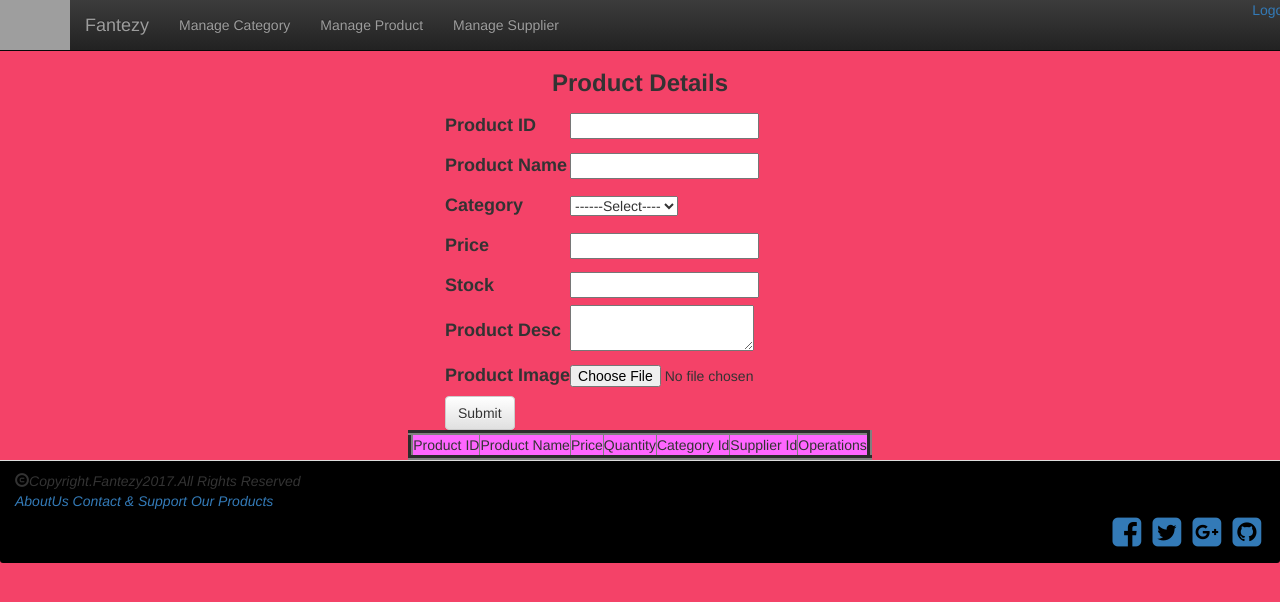
Repository: Safna93/eCommerce-project
Page: http://localhost/FantezyFrontendProject/WEB-INF/views/Product.jsp
An editor plug-in stored every save of this project. The page is shown before and after the next save, followed by the edit.
The browser window is 1280 px wide. The pictures show the whole page.
Pictures or frames that could not be fetched are drawn as grey boxes. Some web libraries are served in a nearby version. The page is served by Tomcat 9. Nobody is signed in. Other server files are loaded and not shown. The template is opened directly, without the code that normally fills it, so the values that code supplies are empty.

Above is the page before, as saved 2017-07-12 16:27:32.

### Fantezy Project 1/Fantezy/FantezyFrontendProject/src/main/webapp/WEB-INF/views/Product.jsp
<%@ page language="java" contentType="text/html"%>
<%@ taglib uri="http://java.sun.com/jsp/jstl/core" prefix="c"%>
<%@taglib prefix="form" uri="http://www.springframework.org/tags/form"%>

<%@include file="AdminHeader.jsp"%>

<form:form method="POST" action="InsertProduct" modelAttribute="product" enctype="Multipart/form-data">
<table align="center">
			<tr>
				<td colspan="2"><center><h3><b>Product Details</b></h3></center></td>
			</tr>
			<tr>
				<td><h4><b>Product ID</b></h4></td>
				<td><form:input path="prodid" /></td>
			</tr>
			<tr>
				<td><h4><b>Product Name</b></h4></td>
				<td><form:input path="prodname" /></td>
			</tr>

			<tr>
				<td><h4><b>Category</b></h4></td>
				<td><form:select path="catid">
						<form:option value="0" label="------Select----" />
						<form:options items="${catlist}" />
					</form:select>
				</td>
			</tr>


			<tr>
				<td><h4><b>Price</b></h4></td>
				<td><form:input path="price" /></td>
			</tr>
			<tr>
				<td><h4><b>Stock</b></h4></td>
				<td><form:input path="quantity" /></td>
			</tr>
			<tr>
				<td><h4><b>Product Desc</b></h4></td>
				<td><form:textarea path="proddesc" /></td>
			</tr>
			<tr>
				<td><h4><b>Product Image</b></h4></td>
				<td><form:input type="file" path="pimage" /></td>
			</tr>

			<tr>
			<td colspan="2"><input type="submit" class="btn btn-default"/></td>

			</tr>
</table>
</form:form>

<!-- Displaying the Product data using Table -->
<table cellspacing="2" align="center" border="5">

	<tr bgcolor="#ff66ff">
		<td>Product ID</td>
		<td>Product Name</td>
		<td>Price</td>
		<td>Quantity</td>
		<td>Category Id</td>
		<td>Supplier Id</td>
		<td>Operations</td>
	</tr>
	<c:forEach items="${prodlist}" var="product">
		<tr bgcolor="#00ff99">
			<td>${product.prodid}</td>
			<td>${product.prodname}</td>
			<td>${product.price}</td>
			<td>${product.quantity}</td>
			<td>${product.catid}</td>
			<td>${product.suppid}</td>
			<td><a href="<c:url value="deleteProduct/${product.prodid}"/>">Delete</a>
				<a href="<c:url value="updateProduct/${product.prodid}"/>">Update</a>
			</td>
		</tr>
	</c:forEach>
</table>
<!-- Completed Displaying Table -->
<%@include file="Footer.jsp" %>
</body>
</html>

### Fantezy Project 1/Fantezy/FantezyFrontendProject/src/main/webapp/WEB-INF/views/AdminHeader.jsp
<!DOCTYPE html>
<html lang="en">
<head>
<title>Fatntezy-The Girlz Corner</title>
<meta charset="utf-8">
<meta name="viewport" content="width=device-width, initial-scale=1">
<%@ taglib uri="http://java.sun.com/jsp/jstl/core" prefix="c"%>
<link rel="stylesheet"
	href="https://maxcdn.bootstrapcdn.com/bootstrap/3.3.7/css/bootstrap.min.css">
<link href="<c:url value="/resources/css/Head.css" />" rel="stylesheet">
<script
	src="https://ajax.googleapis.com/ajax/libs/jquery/3.2.1/jquery.min.js"></script>
<script
	src="https://maxcdn.bootstrapcdn.com/bootstrap/3.3.7/js/bootstrap.min.js"></script>
</head>
<body>

<body style="background-color: #f44268">


	<div class="header">
		<div class="container">
			<header style="height: 50px;"></header>
			<!------------- Navbar -------------->
			<nav class="my-nav navbar navbar-inverse bs-dark navbar-fixed-top">
				<div class="navbar-header"></div>

				<div class="collapse navbar-collapse"
					id="bs-example-navbar-collapse-1">
					<ul class="nav navbar-nav">
						<div class="navbar-header">
							<a href="ioo" class="pull-left"><img
								src="http://cdn.wallpapersafari.com/62/23/dgHULI.jpg" width="70"
								height="50"></a>
							<div class="navbar-brand">Fantezy</div>


						</div>





						<li><a href="Category">Manage Category</a></li>
						<li><a href="Product">Manage Product</a></li>
						<li><a href="Supplier">Manage Supplier</li>

					</ul>
					<ul>
						<div class="nav navbar-nav navbar-right">
							<a href="#">${sessionScope.username}</a> <a href="logout">Logout</a>
							</a>
						</div>
					</ul>
				</div>







				</li>
				</ul>
		</div>
		</nav>
	</div>

	<!----------- !Navbar End ------------>


	</div>

### Fantezy Project 1/Fantezy/FantezyFrontendProject/src/main/webapp/WEB-INF/views/Footer.jsp


<html lang="en">
<head>
<title>Fantezy</title>
  <meta charset="utf-8">
  <meta name="viewport" content="width=device-width, initial-scale=1"><!-- Latest compiled and minified CSS -->
<link rel="stylesheet" href="https://maxcdn.bootstrapcdn.com/bootstrap/3.3.4/css/bootstrap.min.css">
<link rel="stylesheet" href="https://cdnjs.cloudflare.com/ajax/libs/font-awesome/4.6.3/css/font-awesome.min.css">
<!-- Optional theme -->
<link rel="stylesheet" href="https://maxcdn.bootstrapcdn.com/bootstrap/3.3.4/css/bootstrap-theme.min.css">
 <!-- jQuery (necessary for Bootstrap's JavaScript plugins) -->
    <script src="https://ajax.googleapis.com/ajax/libs/jquery/1.11.2/jquery.min.js"></script>
<!-- Latest compiled and minified JavaScript -->
<script src="https://maxcdn.bootstrapcdn.com/bootstrap/3.3.4/js/bootstrap.min.js"></script>
  <style>
.panel-footer{
	background-color: black;
	font-style: oblique;
}
body{
	background-color: white;
	font:oblique;
	size:18;
}
.social:hover {
     -webkit-transform: scale(1.1);
     -moz-transform: scale(1.1);
     -o-transform: scale(1.1);
 }
 .social {
     -webkit-transform: scale(0.8);
     /* Browser Variations: */

     -moz-transform: scale(0.8);
     -o-transform: scale(0.8);
     -webkit-transition-duration: 0.5s;
     -moz-transition-duration: 0.5s;
     -o-transition-duration: 0.5s;
 }
/*
    Multicoloured Hover Variations
*/

 #social-fb:hover {
     color: #3B5998;
 }
 #social-tw:hover {
     color: #4099FF;
 }
 #social-gp:hover {
     color: #d34836;
 }
 #social-gh:hover {
     color: black;
 }
</style>
</head>
<body>
<div class="panel-footer">

  <span class="glyphicon glyphicon-copyright-mark"></span>Copyright.Fantezy2017.All Rights Reserved
<div class="text-left left-block">
<a href="AboutUs">AboutUs</a></li>

<a href="ContactUs">Contact & Support</a>
<a href="displayProducts">Our Products</a>





<div class="text-right right-block">

                <a href="https://www.facebook.com"><i id="social-fb" class="fa fa-facebook-square fa-3x social"></i></a>
	            <a href="https://twitter.com"><i id="social-tw" class="fa fa-twitter-square fa-3x social"></i></a>
	            <a href="https://plus.google.com"><i id="social-gp" class="fa fa-google-plus-square fa-3x social"></i></a>
	            <a href="https://github.com"><i id="social-gh" class="fa fa-github-square fa-3x social"></i></a>
</div>

</div>


</body>
</html>

### Fantezy Project 1/Fantezy/FantezyFrontendProject/src/main/webapp/resources/css/Head.css


.bs-dark.navbar-inverse {
  background-color: #222;
  border-color: #080808;
}
.bs-dark .navbar-img {padding:5px 6px !important;}
.bs-dark .navbar-img img {width:40px;}
.bs-dark .dropdown-menu {
  min-width: 200px;
  padding: 5px 0;
  margin: 2px 0 0;
  background-color: #000;
  border: 1px solid rgba(0, 0, 0, 0.7);
  border: 1px solid rgba(0, 0, 0, .15);
  -webkit-box-shadow: 0 6px 12px rgba(0, 0, 0, .175);
          box-shadow: 0 6px 12px rgba(0, 0, 0, .175);
}

.bs-dark .dropdown-menu .divider {
  border: 1px solid rgba(0, 0, 0, 0.8);
}
.bs-dark .dropdown-menu > li > a {
  padding: 6px 20px;
  color: rgba(255,255,255,0.80);
}
.bs-dark .dropdown-menu > li > a:hover,
.bs-dark .dropdown-menu > li > a:focus {
  color: rgba(255,255,255,0.70);
  text-decoration: none;
  background-color: transparent;
}
.bs-dark .dropdown-menu > .active > a,
.bs-dark .dropdown-menu > .active > a:hover,
.bs-dark .dropdown-menu > .active > a:focus {
  color: rgba(255,255,255,0.70);
  text-decoration: none;
  background-color: transparent;
  outline: 0;
}

.bs-dark .navbar-form {
  margin:0;
  margin-top: 5px;
  padding:8px 0px;
}

.bs-dark .navbar-form .search-box {
  border:0px;
  height:35px;
  outline: none;
  width:320px;
  padding-right: 3px;
  padding-left: 15px;
  margin:4px;
  -webkit-border-radius: 22px;
  -moz-border-radius: 22px;
  border-radius: 22px;
}

.bs-dark .navbar-form button {
  border: 0;
  background: none;
  padding: 2px 5px;
  margin-top: 2px;
  position: relative;
  left: -34px;
  margin-bottom: 0;
  -webkit-border-radius: 3px;
  -moz-border-radius: 3px;
  border-radius: 3px;
}

.bs-dark .search-box:focus + button {
  z-index: 3;
}

@media (min-width: 768px) {
    .bs-dark .dropdown:hover {background-color: #000;}
	.bs-dark .dropdown:hover .dropdown-menu {
	  display: block;
	}
	.bs-dark .navbar-form {
	  padding:0px;
	}
	.bs-dark .navbar-form .search-box {
	  width:260px;
	  height:32px;
	}

}

After the next save:
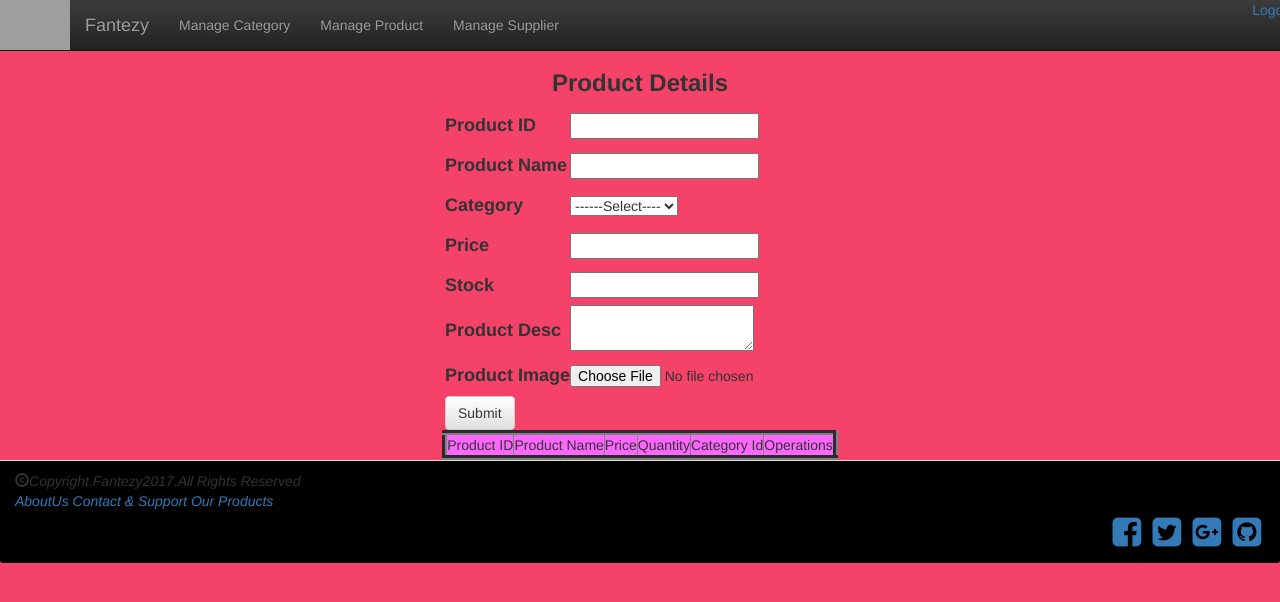
Saved 55 s later.
--- a/Fantezy Project 1/Fantezy/FantezyFrontendProject/src/main/webapp/WEB-INF/views/Product.jsp
+++ b/Fantezy Project 1/Fantezy/FantezyFrontendProject/src/main/webapp/WEB-INF/views/Product.jsp
@@ -61,7 +61,7 @@
 		<td>Price</td>
 		<td>Quantity</td>
 		<td>Category Id</td>
-		<td>Supplier Id</td>
+
 		<td>Operations</td>
 	</tr>
 	<c:forEach items="${prodlist}" var="product">

After the save that followed:
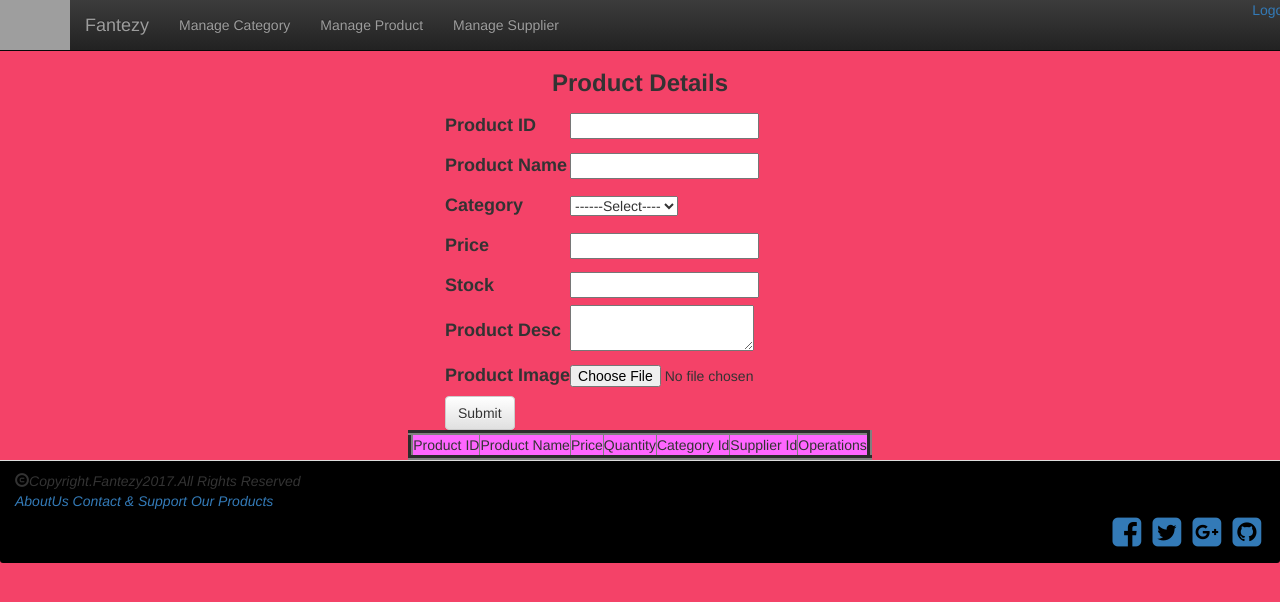
Saved 31 s later.
--- a/Fantezy Project 1/Fantezy/FantezyFrontendProject/src/main/webapp/WEB-INF/views/Product.jsp
+++ b/Fantezy Project 1/Fantezy/FantezyFrontendProject/src/main/webapp/WEB-INF/views/Product.jsp
@@ -61,7 +61,7 @@
 		<td>Price</td>
 		<td>Quantity</td>
 		<td>Category Id</td>
-
+		<td>Supplier Id</td>
 		<td>Operations</td>
 	</tr>
 	<c:forEach items="${prodlist}" var="product">
